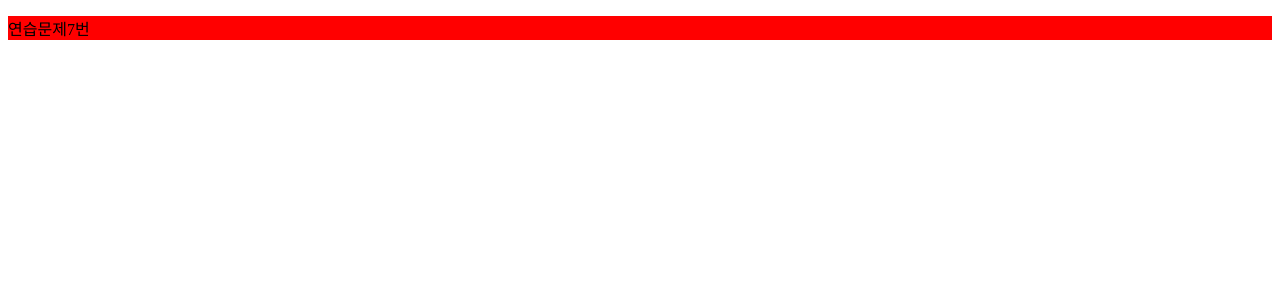
Repository: daehyeonhong/HTML
Page: exercise/WebContent/exercise0519/exercise007.html
These files come from the project's save history. The page is drawn as it stood at one moment and after the next save; the edit follows.
The browser window is 1280 px wide. The pictures show the whole page.

Above is the page before, as saved 2020-05-19 08:56:13.

### exercise/WebContent/exercise0519/exercise007.html
<!DOCTYPE html>
<html>
<head>
<meta charset="UTF-8">
<title>Insert title here</title>
</head>
<body>
	<p style="background-color: red">연습문제7번</p>
</body>
</html>

After the next save:
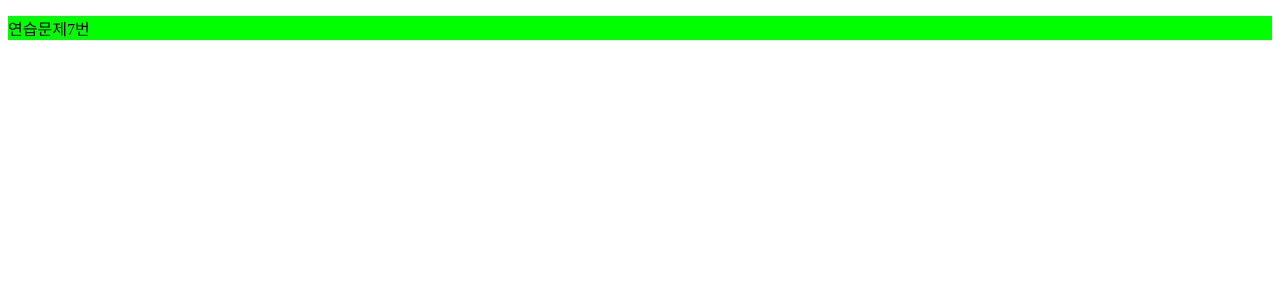
Saved 26 s later.
--- a/exercise/WebContent/exercise0519/exercise007.html
+++ b/exercise/WebContent/exercise0519/exercise007.html
@@ -5,6 +5,6 @@
 <title>Insert title here</title>
 </head>
 <body>
-	<p style="background-color: red">연습문제7번</p>
+	<p style="background-color: #0F0">연습문제7번</p>
 </body>
 </html>
